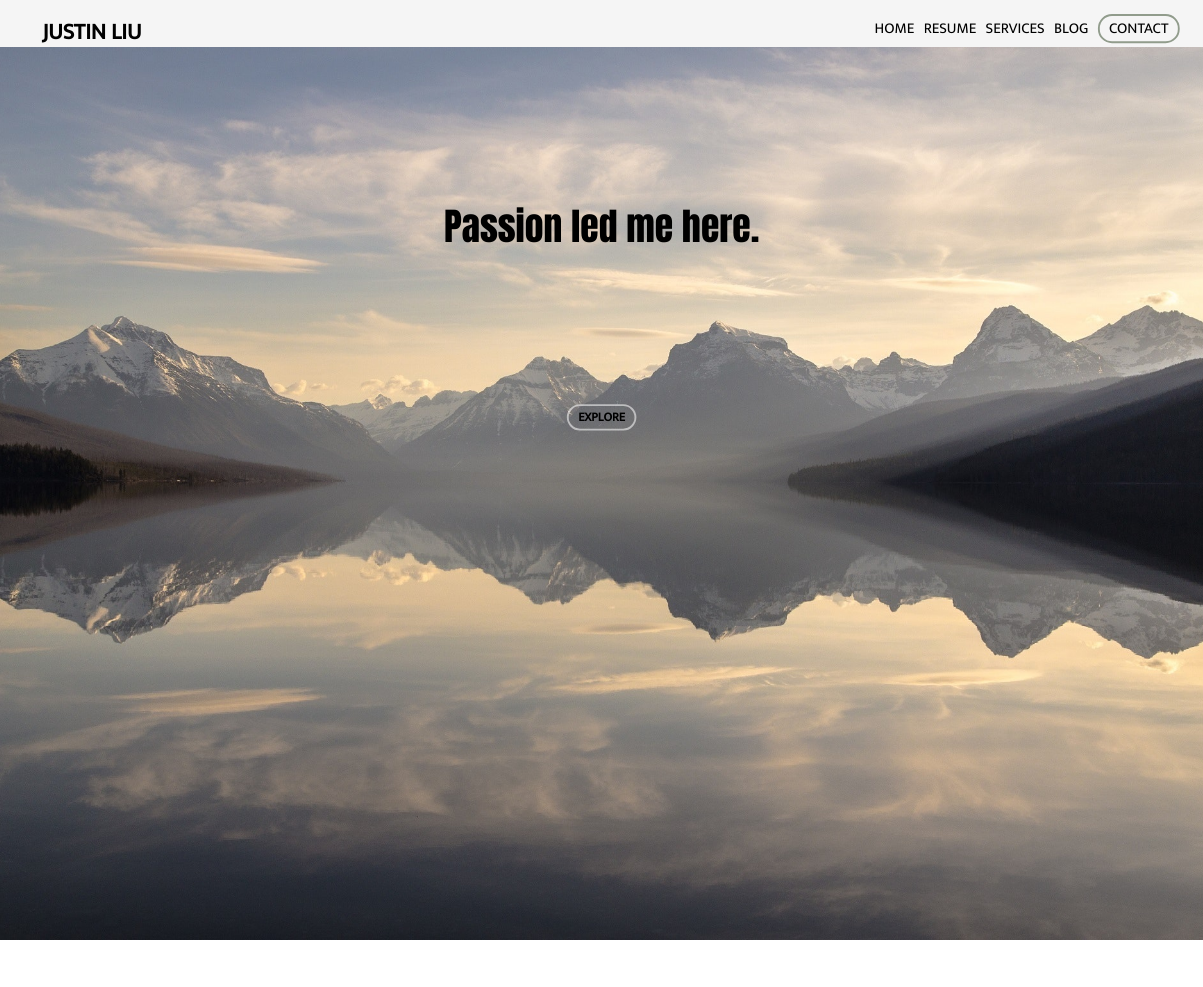
Repository: justinliu88/personal-projects
Page: index.html
The author's editor kept a copy of each file at every save. The page is drawn from the files as they stood at one save, then again after the next save.
The browser window is 1280 px wide. The pictures show the whole page, at 94% of full size.
Some web libraries are served in a nearby version. The style sheet was rebuilt from its Sass, Less or Tailwind sources for each picture, by a compiler version that may differ from the author's.

Above is the page before, as saved 2020-03-17 13:28:47.

After the next save:
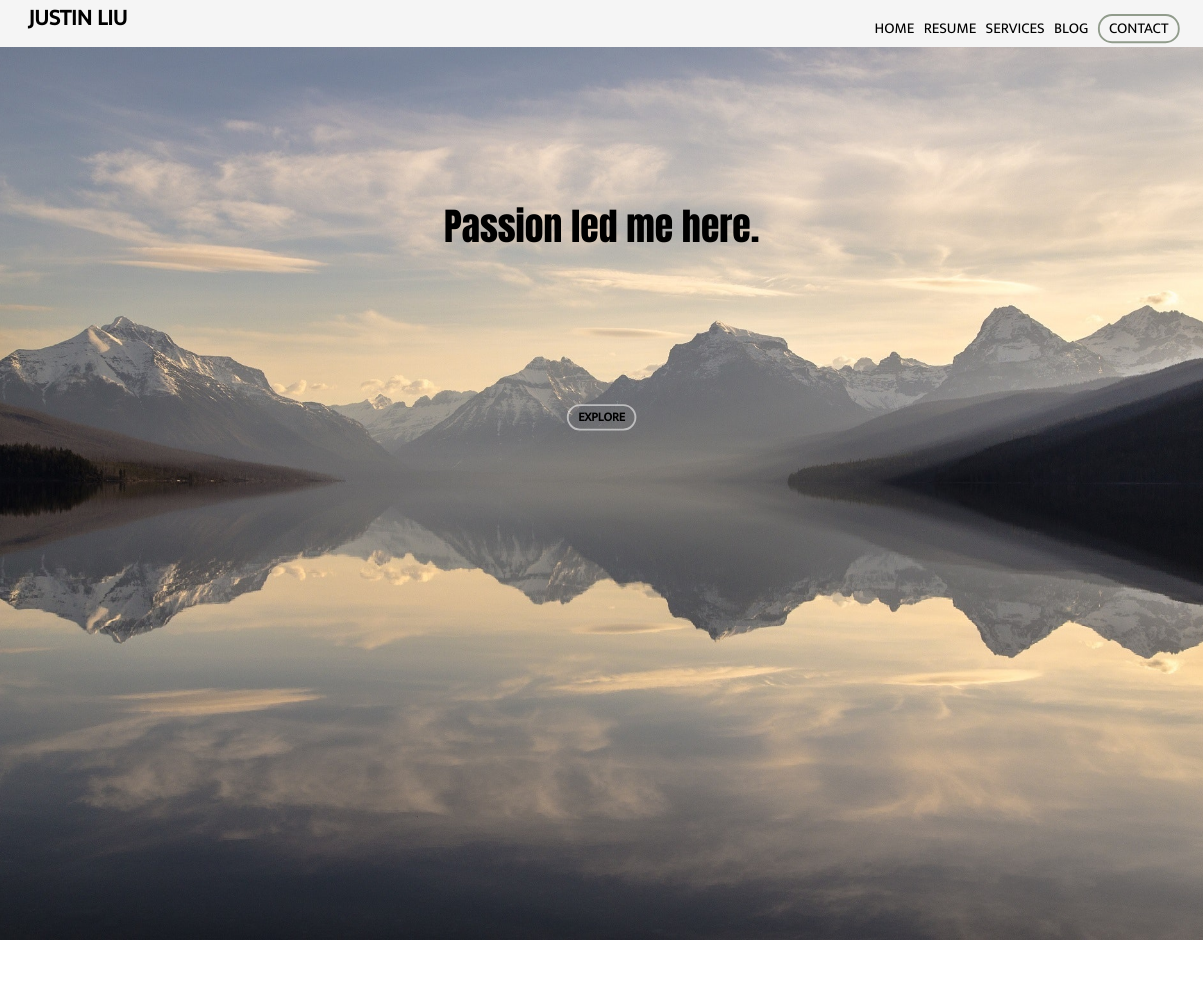
Saved 32 s later.
--- a/main.scss
+++ b/main.scss
@@ -25,7 +25,8 @@ body {
         text-align: center;
         align-items: center;
         padding-left: 30px;
-        margin: 15px;
+        margin: 0px;
+        height: 50px;
     }
     &__options {
         height: 60px;
